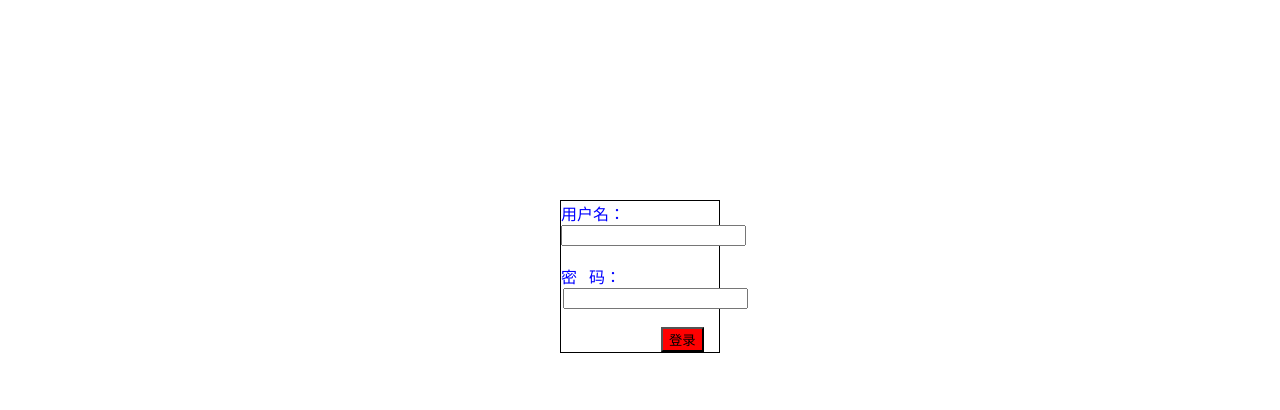
Repository: guirui-li/StudyJavaWeb
Page: http://localhost/JavawebTest/LoginServlet
An editor plug-in stored every save of this project. The page is shown before and after the next save, followed by the edit.
The browser window is 1280 px wide. The pictures show the whole page.
The page is served by Tomcat 9. Other server files are loaded and not shown.

Above is the page before, as saved 2019-04-29 07:35:58.

### JavawebTest/WebContent/experiment07/login.jsp
<%@ page language="java" contentType="text/html; charset=UTF-8"
    pageEncoding="UTF-8"%>
<!DOCTYPE html>
<html>
<head>
<meta charset="UTF-8">
<title>登录页面</title>
	<style type="text/css">
		body{
			margin: 0;
			padding: 0;
			color: blue;
		}
		#form1{
			margin: 200px 560px;
			border: 1px solid black;
		}
		#psw{
			margin-left: 2px;
		}
		#submit{
			margin-left: 100px;
			background-color: red;
		}
		#div{
			display: none;
		}
	</style>
</head>
<body>
	<%
		String name=request.getParameter("name");
		String psw=request.getParameter("psw");
		String pageTips=(String)request.getAttribute("page");
		if(name==null||psw==null||pageTips==null){
			name="";
			psw="";
			pageTips="12";
		}
	%>
	<form action="/JavawebTest/LoginServlet" id="form1" name="form1" method="post">
		<label>用户名：
			<input type="text" name="name" value="<%=name %>"/>
			<br><br>
		</label>
			<div id="div">
				<%=pageTips %>
			</div>
		<label>
			密&nbsp;&nbsp;&nbsp;码：
			<input type="text" name="psw" value="<%=psw %>" id="psw"/>
			<br><br>
			<input type="submit" name="Submit" value="登录" id="submit"/>
		</label>
	</form>
</body>
</html>

### JavawebTest/src/com/guirui/demo03/LoginServlet.java
package com.guirui.demo03;

import java.io.IOException;
import javax.servlet.ServletException;
import javax.servlet.annotation.WebServlet;
import javax.servlet.http.HttpServlet;
import javax.servlet.http.HttpServletRequest;
import javax.servlet.http.HttpServletResponse;

/**
 * Servlet implementation class LoginServlet
 */
@WebServlet("/LoginServlet")
public class LoginServlet extends HttpServlet {
	private static final long serialVersionUID = 1L;

    /**
     * @see HttpServlet#HttpServlet()
     */
    public LoginServlet() {
        super();
        // TODO Auto-generated constructor stub
    }

	/**
	 * @see HttpServlet#doGet(HttpServletRequest request, HttpServletResponse response)
	 */
	protected void doGet(HttpServletRequest request, HttpServletResponse response) throws ServletException, IOException {
		response.setContentType("text/html;charset=UTF-8");
		String pageURL="/experiment07/login.jsp";
		String name=null;
		Customer customer=new Customer();
		try {
			//寧땍狼邱뚤닒啞응포돤돕돨鑒앴쏵契긍쯤딧憐
			name=new String(request.getParameter("name").getBytes("ISO-8859-1"),"UTF-8");
			String password=new String(request.getParameter("psw").getBytes("ISO-8859-1"),"UTF-8");
			if(name==null||password==null) {
				return;
			}
			if(name.equals("")||password.equals("")) {
				return;
			}
			if(!customer.findName(name)) {
				request.setAttribute("page1", "헝渴흙攣횅돨痰빵츰");
			}else {
				if(customer.findPsw(name).equals(password)) {
					pageURL="/experiment07/loginSuccess.jsp";
					customer=customer.findCustomer(name);
					request.setAttribute("sex", customer.getSex());
					request.setAttribute("age",customer.getAge());
				}else {
					request.setAttribute("page2", "헝渴흙攣횅돨쵱쯤");
				}
			}
		} catch (Exception e) {}
		finally {
			request.setAttribute("name", name);
			request.getRequestDispatcher(pageURL).forward(request, response);
		}


	}

	/**
	 * @see HttpServlet#doPost(HttpServletRequest request, HttpServletResponse response)
	 */
	protected void doPost(HttpServletRequest request, HttpServletResponse response) throws ServletException, IOException {
		// TODO Auto-generated method stub
		doGet(request, response);
	}

}

### JavawebTest/src/com/guirui/demo03/Customer.java
package com.guirui.demo03;

import java.sql.Connection;
import java.sql.DriverManager;
import java.sql.PreparedStatement;
import java.sql.ResultSet;
import java.sql.SQLException;

public class Customer {
	private static final String forname="com.mysql.cj.jdbc.Driver";
	private static final String url="jdbc:mysql://localhost:3306/customer?serverTimezone=UTC";
	private static final String username="root";
	private static final String password="654321";
	private String id;
	private String name;
	private String psw;
	private String sex;
	private int age;

	public Customer() {}

	public Connection getConnection(){
		Connection con = null;
		try {
			Class.forName(forname);
			con=DriverManager.getConnection(url,username,password);
		} catch (ClassNotFoundException e) {
			e.printStackTrace();
		}catch(SQLException e) {
			e.printStackTrace();
		}
		return con;
	}
	public String findPsw(String name){
		String sql="select upassword from user where uname=?";
		String pword=null;
		Connection conn=this.getConnection();
		PreparedStatement ps=null;
		ResultSet rs=null;
		try {
			ps=conn.prepareStatement(sql);
			ps.setString(1, name);
			rs=ps.executeQuery();
			if(rs.next()) {
				pword=rs.getString("upassword");
			}
			rs.close();
			ps.close();
			conn.close();
		} catch (SQLException e) {
			e.printStackTrace();
		}
		return pword;
	}

	public boolean findName(String name){
		String sql="select uname from user where uname=?";
		boolean flag=false;
		Connection conn=this.getConnection();
		PreparedStatement ps=null;
		ResultSet rs=null;
		try {
			ps=conn.prepareStatement(sql);
			ps.setString(1, name);
			rs=ps.executeQuery();
			if(rs.next()) {
				flag=true;
			}
			rs.close();
			ps.close();
			conn.close();
		} catch (SQLException e) {
			e.printStackTrace();
		}
		return flag;
	}
	public Customer findCustomer(String name) {
		String sql="select usex,uage from user where uname=?";
		Connection conn=this.getConnection();
		PreparedStatement ps=null;
		ResultSet rs=null;
		try {
			ps=conn.prepareStatement(sql);
			ps.setString(1, name);
			rs=ps.executeQuery();
			if(rs.next()) {
				this.sex=rs.getString("usex");
				this.age=rs.getInt("uage");
			}
			rs.close();
			ps.close();
			conn.close();
		} catch (SQLException e) {
			e.printStackTrace();
		}
		return this;
	}


	public String getId() {
		return id;
	}
	public void setId(String id) {
		this.id = id;
	}
	public String getName() {
		return name;
	}
	public void setName(String name) {
		this.name = name;
	}
	public String getPsw() {
		return psw;
	}
	public void setPsw(String psw) {
		this.psw = psw;
	}
	public String getSex() {
		return sex;
	}
	public void setSex(String sex) {
		this.sex = sex;
	}
	public int getAge() {
		return age;
	}
	public void setAge(int age) {
		this.age = age;
	}

}

After the next save:
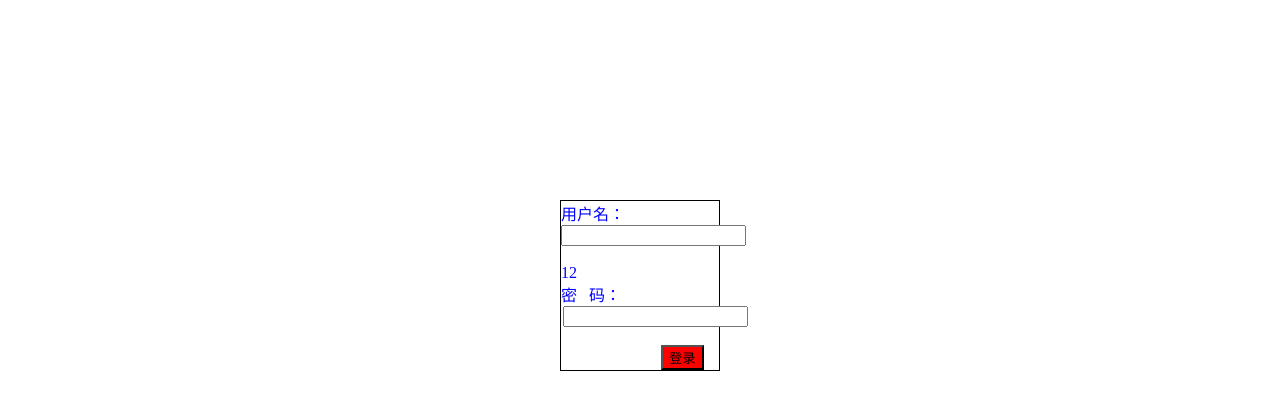
Saved 32 s later.
--- a/JavawebTest/WebContent/experiment07/login.jsp
+++ b/JavawebTest/WebContent/experiment07/login.jsp
@@ -23,7 +23,6 @@
 			background-color: red;
 		}
 		#div{
-			display: none;
 		}
 	</style>
 </head>

After the save that followed:
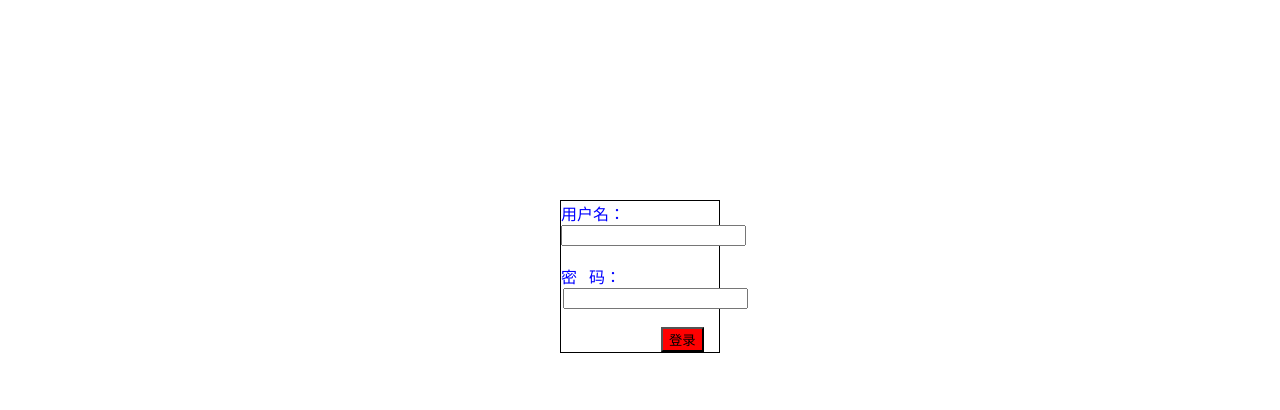
Saved 19 s later.
--- a/JavawebTest/WebContent/experiment07/login.jsp
+++ b/JavawebTest/WebContent/experiment07/login.jsp
@@ -34,7 +34,7 @@
 		if(name==null||psw==null||pageTips==null){
 			name="";
 			psw="";
-			pageTips="12";
+			pageTips="";
 		}
 	%>
 	<form action="/JavawebTest/LoginServlet" id="form1" name="form1" method="post">
